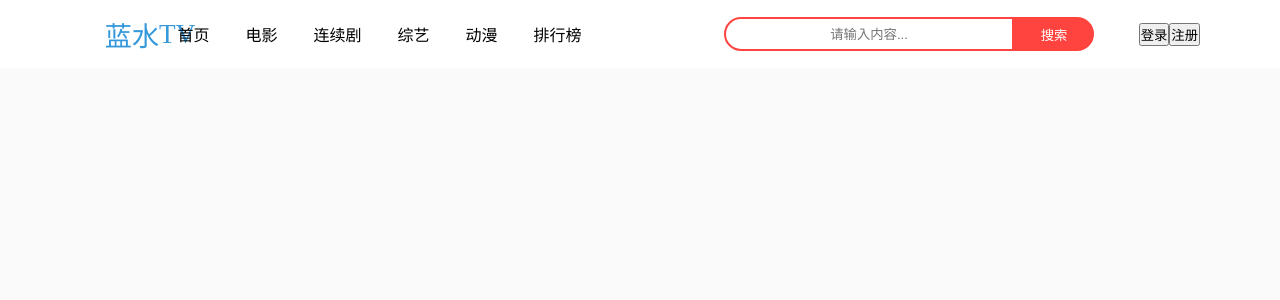
Repository: 842992406/blueWaterTV
Page: index.html
These files come from the project's save history. The page is drawn as it stood at one moment and after the next save; the edit follows.
The browser window is 1280 px wide. The pictures show the whole page.

Above is the page before, as saved 2022-05-05 16:07:11.

After the next save:
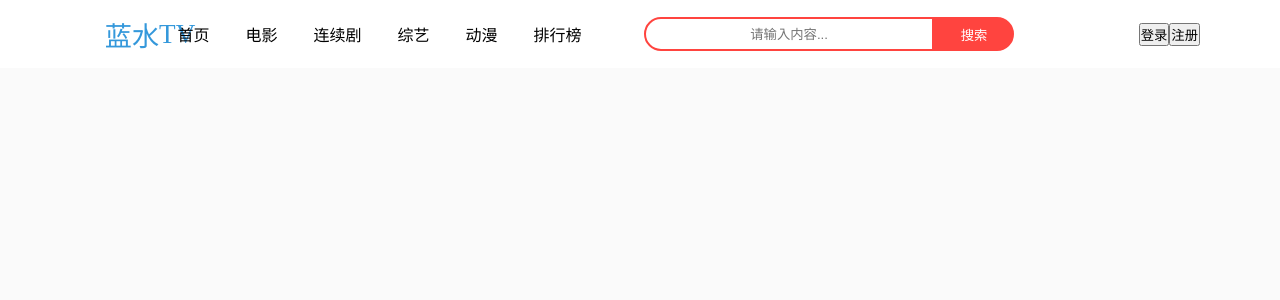
Saved 10 s later.
--- a/css/index.css
+++ b/css/index.css
@@ -86,6 +86,7 @@ header{
   display: flex;
   justify-content: center;
   align-items: center;
+  transform: translateX(-80px);
 }
 
 .search #input{
